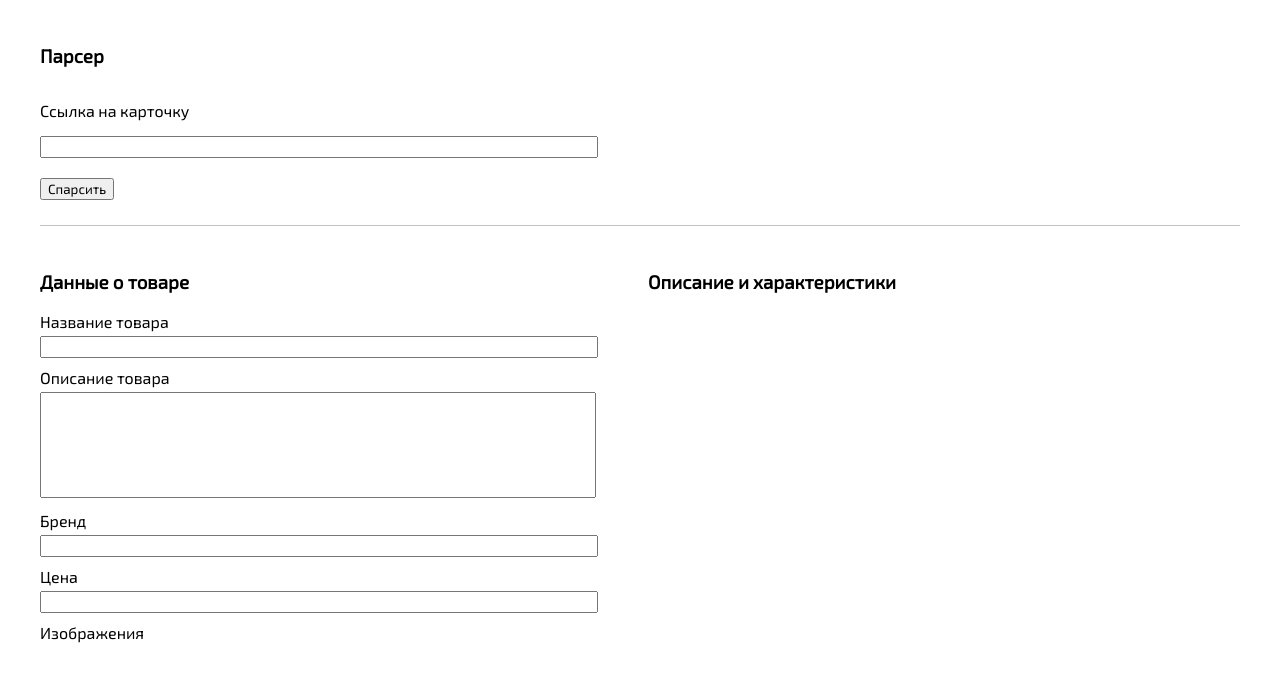
Repository: yozuul/wildberries-product-card-parser-api-exchange
Page: public/index.html
The author's editor kept a copy of each file at every save. The page is drawn from the files as they stood at one save, then again after the next save.
The browser window is 1280 px wide. The pictures show the whole page.

Above is the page before, as saved 2021-08-18 18:34:49.

### public/index.html
<!DOCTYPE html>
<html lang="en">

<head>
   <meta charset="UTF-8">
   <meta http-equiv="X-UA-Compatible" content="IE=edge">
   <meta name="viewport" content="width=device-width, initial-scale=1.0">
   <title>Document</title>
   <link rel="stylesheet" href="style.css">
</head>

<body>
   <div class="parseFormWrapper">
      <div class="parseForm">
         <h3>Парсер</h3>
         <form name="parseForm">
            <p>Ссылка на карточку</p>
            <input type="text" id="cardURL">
            <button id="parseData">Спарсить</button>
         </form>
      </div>
   </div>
   <form class="productFormWrapper">
      <div class="productFormWrapperLeft productForm">
            <h3>Данные о товаре</h3>
            <div class="inputWrapper">
               <p>Название товара</p>
               <input type="text" name="productName" id="productName">
            </div>
            <div class="inputWrapper">
               <p>Описание товара</p>
               <textarea name="productDesc" id="productDesc"></textarea>
            </div>
            <div class="inputWrapper">
               <p>Бренд</p>
               <input type="text" name="productBrand" id="productBrand">
            </div>
            <div class="inputWrapper">
               <p>Цена</p>
               <input type="text" name="productPrice" id="productPrice">
            </div>
            <div class="inputWrapper">
               <p>Изображения</p>
            </div>
      </div>
      <div class="productFormWrapperRight productForm">
         <h3>Описание и характеристики</h3>
      </div>
   </form>
   <script src="index.js"></script>
</body>

</html>

### public/style.css
@import url('https://fonts.googleapis.com/css2?family=Exo+2&display=swap');

* {
   font-family: 'Exo 2', sans-serif;
}

body {
   padding: 0;
   margin: 0;
}
.productFormWrapper, .parseFormWrapper {
   max-width: 1200px;
   margin: auto;
   padding-top: 25px;
   padding-bottom: 25px;
}
.parseFormWrapper {
   border-bottom: 1px solid #9999;
}
.productFormWrapper {
   display: flex;
}
.productFormWrapperLeft {
   margin-right: 50px;
}
.parseForm {
   display: flex;
   flex-wrap: wrap;
   max-width: 550px;
}
.parseForm input {
   width: 550px;
   margin-bottom: 20px;
}
.productForm {
}
.productForm input, .productForm textarea {
   width: 550px;
}
.productForm textarea {
   height: 100px;
   resize: none;
}
.productForm p {
   margin-bottom: 5px;
   margin-top: 0;
}
.inputWrapper {
   margin-bottom: 10px;
}

Loaded but not shown: index.js (no copy from this time; the picture is the same without it)

After the next save:
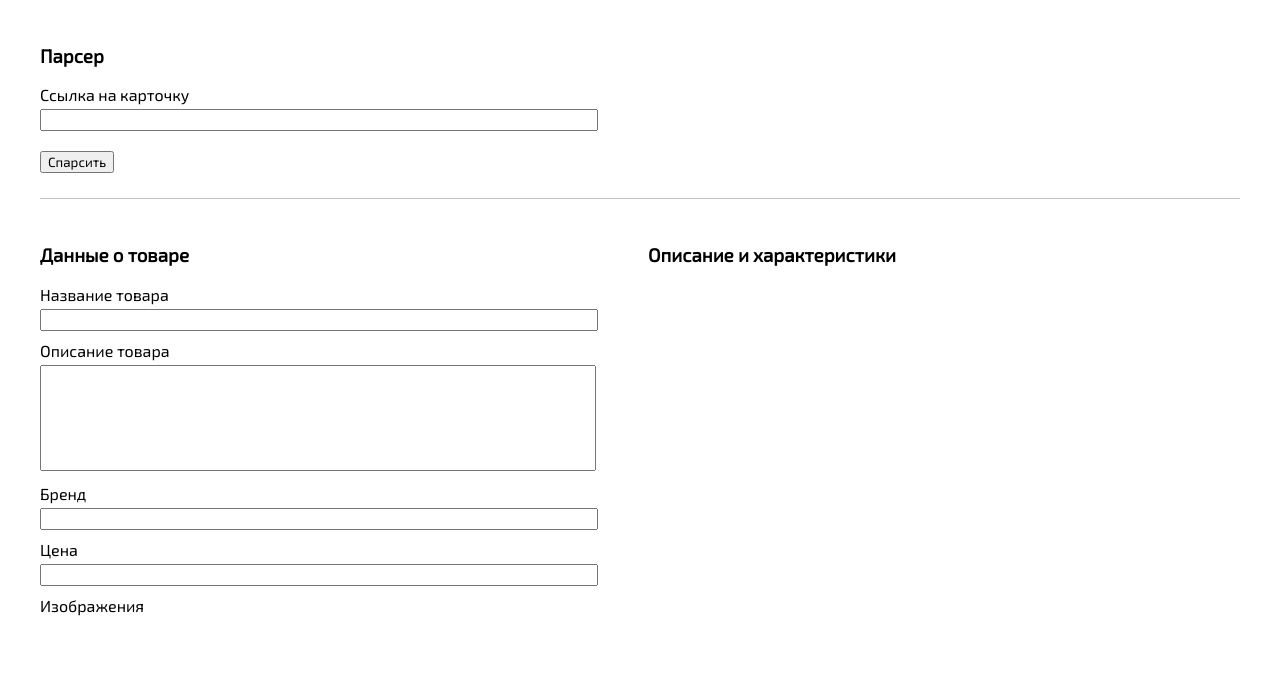
Saved 36 s later.
--- a/public/style.css
+++ b/public/style.css
@@ -41,7 +41,7 @@ body {
    height: 100px;
    resize: none;
 }
-.productForm p {
+.parseFormWrapper p, .productFormWrapper p {
    margin-bottom: 5px;
    margin-top: 0;
 }
